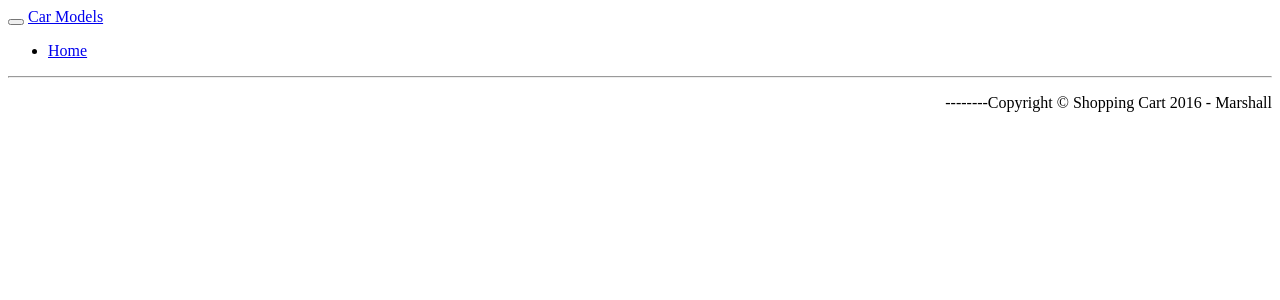
Repository: AravindMarshall/ShoppingCart
Page: http://localhost/Phineas/Register.jsp
An editor plug-in stored every save of this project. The page is shown before and after the next save, followed by the edit.
The browser window is 1280 px wide. The pictures show the whole page.
The page is served by Tomcat 9.

Above is the page before, as saved 2016-06-09 19:18:23.

After the next save:
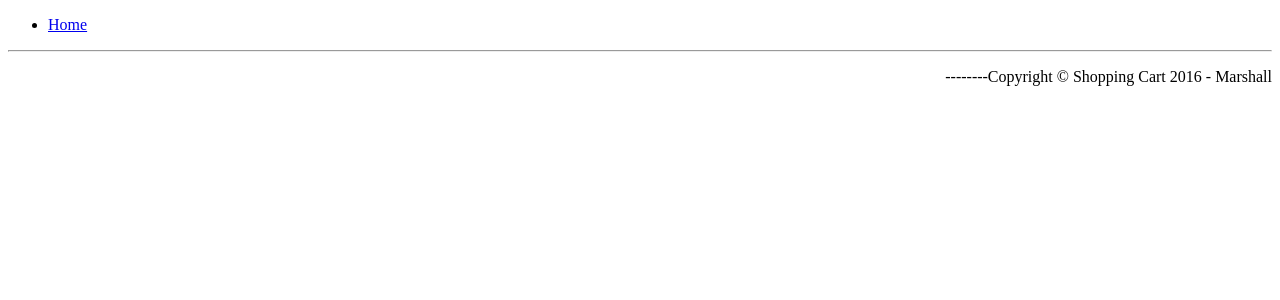
Saved 2 min 12 s later.
--- a/NIIT Shopping Cart/Phineas/WebContent/Register.jsp
+++ b/NIIT Shopping Cart/Phineas/WebContent/Register.jsp
@@ -7,21 +7,8 @@
     <meta http-equiv="X-UA-Compatible" content="IE=edge">
     <meta name="viewport" content="width=device-width, initial-scale=1">
 
-    <title>Register</title>
+    <title>Shopping Cart Register</title>
 <body>
-
-    <!-- Navigation -->
-    <nav class="navbar navbar-inverse navbar-fixed-top" role="navigation">
-        <div class="container">
-            <!-- Brand and toggle get grouped for better mobile display -->
-            <div class="navbar-header">
-                <button type="button" class="navbar-toggle" data-toggle="collapse" data-target="#bs-example-navbar-collapse-1">
-                    <span class=""></span>
-                    <span class="icon-bar"></span>
-                    <span class="icon-bar"></span>
-                </button>
-                <a class="navbar-brand" href="#">Car Models</a>
-            </div>
             <!-- Collect the nav links, forms, and other content for toggling -->
             <div class="collapse navbar-collapse" id="bs-example-navbar-collapse-1">
                 <ul class="nav navbar-nav">
